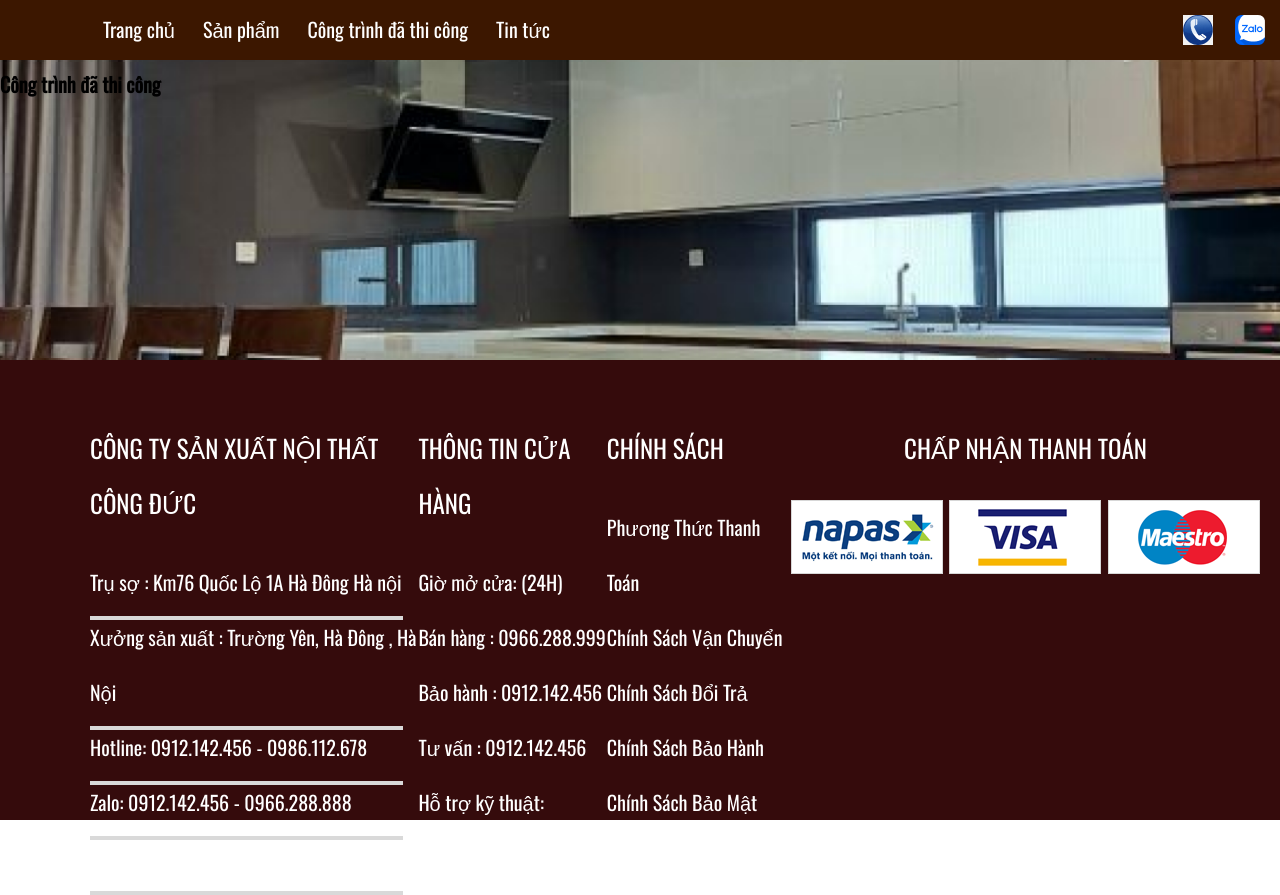
Repository: KHANHD192/FigmaTo-HTML
Page: APP-SHOP/ctdtc.html
An editor plug-in stored every save of this project. The page is shown before and after the next save, followed by the edit.
The browser window is 1280 px wide. The pictures show the whole page.

Above is the page before, as saved 2022-11-21 23:36:24.

### APP-SHOP/ctdtc.html
<!DOCTYPE html>
<html lang="en">
<head>
    <meta charset="UTF-8">
    <meta http-equiv="X-UA-Compatible" content="IE=edge">
    <meta name="viewport" content="width=device-width, initial-scale=1.0">
    <title>Công trình đã thi công</title>
    <link rel="stylesheet" href="https://cdnjs.cloudflare.com/ajax/libs/normalize/8.0.1/normalize.min.css" integrity="sha512-NhSC1YmyruXifcj/KFRWoC561YpHpc5Jtzgvbuzx5VozKpWvQ+4nXhPdFgmx8xqexRcpAglTj9sIBWINXa8x5w==" crossorigin="anonymous" referrerpolicy="no-referrer" />
    <link rel="stylesheet" href="./asset/Css_main/base.css">
    <link rel="preconnect" href="https://fonts.googleapis.com">
     <link rel="preconnect" href="https://fonts.gstatic.com" crossorigin>
     <style>
        .header__background{
       height: 300px;
       position:relative;
         }
         .header__background-heading{
            position:absolute;
         }

     </style>
</head>
<body>
    <div class="app">
        <header class="app__header">
            <div class="header__nav-bar">
               <ul class="nav-bar__item">
                   <li>
                       <a href="./index.html" class="nav-bar__item-link">Trang chủ</a>
                   </li>
                   <li>
                       <a href="#" class="nav-bar__item-link">Sản phẩm</a>
                   </li>
                   <li>
                       <a href="./ctdtc.html" class="nav-bar__item-link">Công trình đã thi công</a>
                   </li>
                   <li>
                       <a href="./tintuc.html" class="nav-bar__item-link">Tin tức</a>
                   </li>
               </ul>
               <ul class="nav-bar__icon">
                   <li>
                       <img src="./asset/IMG/image 3.png" alt="" class="logo">
                   </li>
                   <li>
                       <img src="./asset/IMG/image 2.png" alt="" class="logo">
                   </li>
               </ul>
            </div>
            <div class="header__background">
                <h1 class="header__background-heading">Công trình đã thi công</h1>
                <img src="./asset/IMG/back_ctdtc.png" alt="background">
            </div>
         </header>
         <div class="app__container">
            <div class="container__category">

            </div>
         </div>
         <footer class="app__footer">
            <div class="footer__addres">
                <p class="addres__title">CÔNG TY SẢN XUẤT NỘI THẤT CÔNG ĐỨC</p>
                <ul>
                    <li class="address__item" >Trụ sợ : Km76 Quốc Lộ 1A Hà Đông Hà nội</li>
                    <li class="address__item">Xưởng sản xuất : Trường Yên, Hà Đông , Hà Nội</li>
                    <li class="address__item">Hotline: 0912.142.456 - 0986.112.678 </li>
                    <li class="address__item">Zalo: 0912.142.456 - 0966.288.888</li>
                    <li class="address__item">
                        <a href="noithatcongduc.com.vn">Website: noithatcongduc.com.vn</a>
                    </li>
                </ul>
            </div>
            <div class="footer__info">
                <p class="addres__title">THÔNG TIN CỬA HÀNG </p>
                <ul>
                    <li> Giờ mở cửa: (24H)</li>
                    <li>Bán hàng : 0966.288.999</li>
                    <li> Bảo hành : 0912.142.456 </li>
                    <li>Tư vấn : 0912.142.456</li>
                    <li class="info__item">
                        <a href="tel:098.611.2158">Hỗ trợ kỹ thuật: 098.611.2158</a>
                    </li>
                </ul>
            </div>
            <div class="footer__term">
                <p class="addres__title">CHÍNH SÁCH</p>
                <ul>
                    <li>Phương Thức Thanh Toán</li>
                    <li>Chính Sách Vận Chuyển</li>
                    <li>Chính Sách Đổi Trả </li>
                    <li>Chính Sách Bảo Hành</li>
                    <li>
                        Chính Sách Bảo Mật Thông Tin
                    </li>
                </ul>
            </div>
            <div class="footer__payal">
                <p class="addres__title">CHẤP NHẬN THANH TOÁN</p>
                <ul class="payal__item">
                    <li>
                           <img src="./asset/IMG/image 8.png" alt="Phương thức thanh toán">
                    </li>
                </ul>
            </div>
        </footer>
    </div>
</body>
</html>

### APP-SHOP/asset/Css_main/base.css
@import url('https://fonts.googleapis.com/css2?family=Oswald&family=Roboto:wght@100&display=swap');
/* header */
html{
    font-size: 62.5%;
    box-sizing: border-box;
    font-family: 'Oswald', sans-serif;
}
.app{
    max-width: 1800px;
}
.app__header{

}
.header__nav-bar{
      display: flex;
      justify-content: space-between;
      height: 60px;
      background-color: #3C1700;;
}
.nav-bar__item {
    width: 603px;
    height: 30px;
    list-style: none;
    display: flex;
    font-family: 'Oswald', sans-serif;
    font-size: 20px;
    line-height: 29.64px;
    margin-top: 15px;
    margin-bottom: 15px ;
    margin-left: 63px;
}
.nav-bar__item-link{
    text-decoration: none;
    color: #FFFFFF;
    margin-right: 28px;
}
.header__nav-bar:not(:last-child){
    margin-right: 0;
}
.nav-bar__icon{
    list-style: none;
    display: flex;
    margin-top: 15px;
    margin-bottom: 15px ;
    margin-right: 15px;
}
.logo{
    width: 30px;
    height: 30px;
}
.logo:last-child{
    margin-left: 22px;
}
.header__background{
    width:100%;
    height: 420px;
}
.header__background img{
    width: 100%;
    height: 100%;
    object-fit: cover;
}
/* footer */
footer{
    max-width: 1800px;
    height:460px;
    background-color: #350B0C;
    color: #FFFFFF;
}
footer ul{
    list-style: none;
    padding: 0;
    font-size: 20px;
}
.app__footer{
    display:flex;
    justify-content: space-between;
}
.addres__title{
    font-size: 25px;
}
.footer__addres , .footer__info ,.footer__term ,.footer__payal{
    margin-top:35px;
}
.footer__addres{
    max-width: 508px;
    height:375px;
    margin-left:90px;
   line-height: 55px;
}
.address__item{
    position: relative;
}
.address__item::after{
    content: "";
    position: absolute;
    width: 313px;
    height: 4px;
    background-color: #D9D9D9;
    left:0;
    bottom: -10px;
}
.address__item a ,.info__item a {
    text-decoration: none;
    color:#FFFFFF;
}
 .footer__info{
    max-width: 412px;
    height: 356px;
    line-height: 55px;
 }
 .footer__term{
    max-width: 260px;
    height: 356px;
    line-height: 55px;
 }
 .footer__payal{
    line-height: 55px;
    margin-right: 20px;
 }
.footer__payal p {
    text-align: center;
}

After the next save:
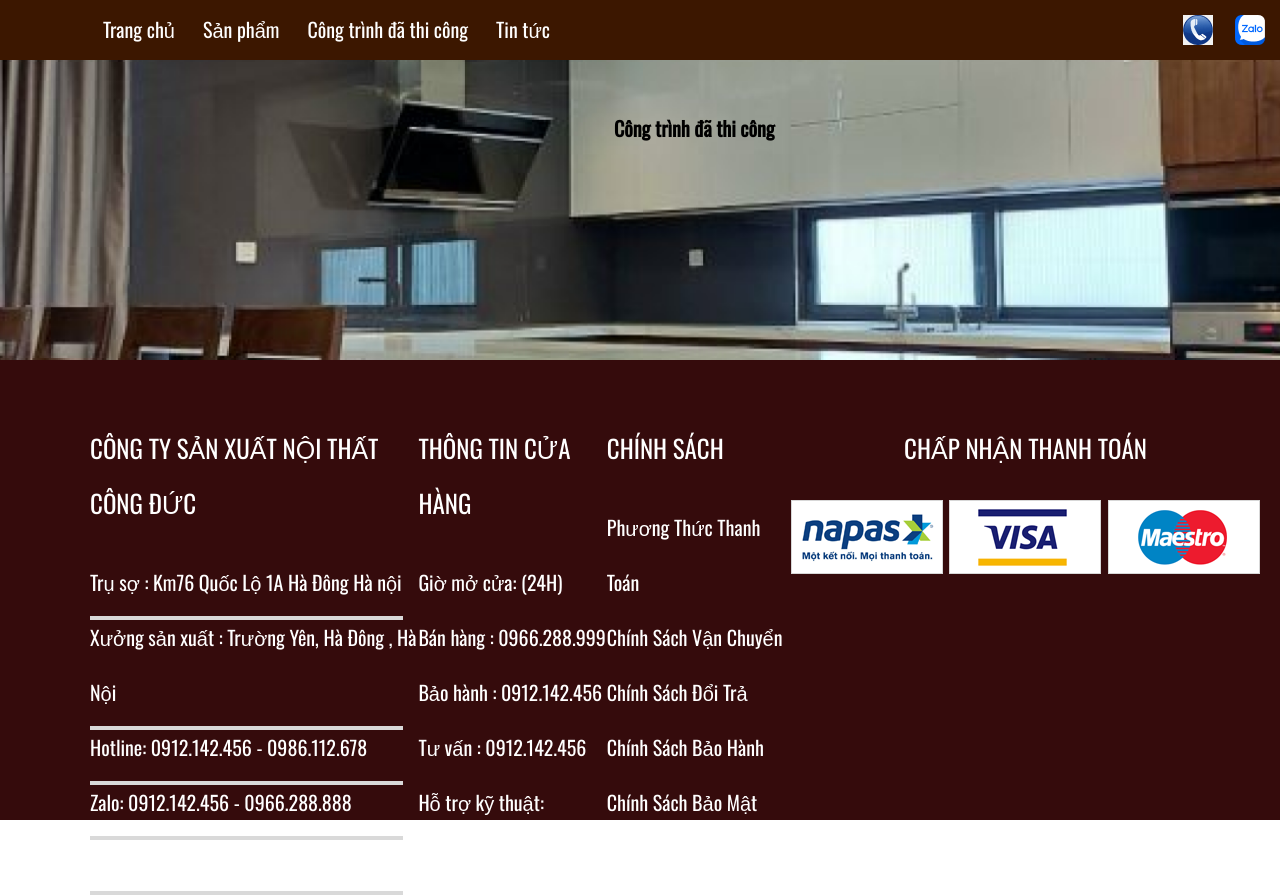
Saved 38 s later.
--- a/APP-SHOP/ctdtc.html
+++ b/APP-SHOP/ctdtc.html
@@ -16,6 +16,8 @@
          }
          .header__background-heading{
             position:absolute;
+            top:44px;
+            left:614px;
          }
 
      </style>
